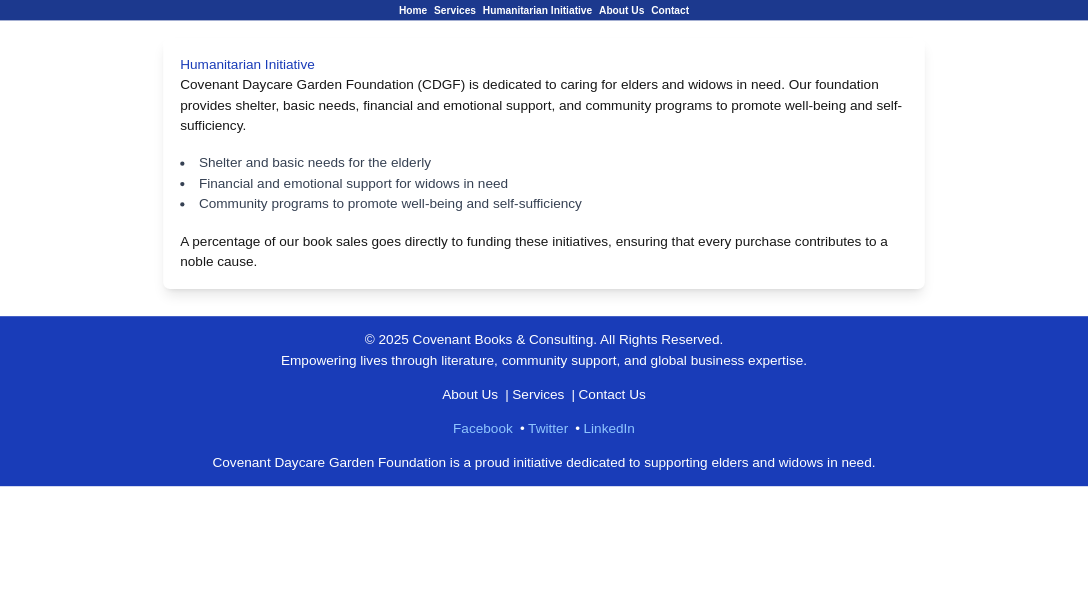
Repository: Rickyy1017/online-bookstore
Page: /humanitarian-initiative (app in frontend/)
An editor plug-in stored every save of this project. The page is shown before and after the next save, followed by the edit.
The browser window is 1280 px wide. The pictures show the whole page, at 85% of full size.
The project was rebuilt for these pictures with package versions that can differ from the ones it lists, and the page was loaded fresh each time. The framework's server and built-in components were replaced by stand-ins that run in the browser. Also part of the build but not shown: frontend/next.config.ts.

Above is the page before, as saved 2025-10-09 15:32:39.

### frontend/app/humanitarian-initiative/page.tsx
import Link from 'next/link';

export default function HumanitarianInitiative() {
  return (
    <>
      <nav className="bg-blue-900 flex justify-center py-1">
        <Link href="/" className="text-white mx-1 no-underline font-bold text-xs hover:underline">Home</Link>
        <Link href="/services" className="text-white mx-1 no-underline font-bold text-xs hover:underline">Services</Link>
        <Link href="/humanitarian-initiative" className="text-white mx-1 no-underline font-bold text-xs hover:underline">Humanitarian Initiative</Link>
        <Link href="/about" className="text-white mx-1 no-underline font-bold text-xs hover:underline">About Us</Link>
        <Link href="/contact" className="text-white mx-1 no-underline font-bold text-xs hover:underline">Contact</Link>
      </nav>
      <div className="max-w-4xl mx-auto p-5 bg-white shadow-lg rounded-lg mt-5">
        <h1 className="text-blue-800">Humanitarian Initiative</h1>
        <p className="mb-5">
          Covenant Daycare Garden Foundation (CDGF) is dedicated to caring for elders and widows in need. Our foundation provides shelter, basic needs, financial and emotional support, and community programs to promote well-being and self-sufficiency.
        </p>
        <ul className="list-disc list-inside text-gray-700">
          <li>Shelter and basic needs for the elderly</li>
          <li>Financial and emotional support for widows in need</li>
          <li>Community programs to promote well-being and self-sufficiency</li>
        </ul>
        <p className="mt-5">
          A percentage of our book sales goes directly to funding these initiatives, ensuring that every purchase contributes to a noble cause.
        </p>
      </div>
      <footer className="bg-blue-800 text-white text-center py-4 mt-8">
        <p>© 2025 Covenant Books & Consulting. All Rights Reserved.</p>
        <p className="mb-4">Empowering lives through literature, community support, and global business expertise.</p>
        <nav className="mb-4">
          <Link href="/about" className="text-white hover:underline mx-1">About Us</Link> |
          <Link href="/services" className="text-white hover:underline mx-1">Services</Link> |
          <Link href="/contact" className="text-white hover:underline mx-1">Contact Us</Link>
        </nav>
        <div className="mb-4">
          <a href="#" className="text-blue-300 mx-1 no-underline">Facebook</a> •
          <a href="#" className="text-blue-300 mx-1 no-underline">Twitter</a> •
          <a href="#" className="text-blue-300 mx-1 no-underline">LinkedIn</a>
        </div>
        <p>Covenant Daycare Garden Foundation is a proud initiative dedicated to supporting elders and widows in need.</p>
      </footer>
    </>
  );
}

Loaded but not shown: frontend/app/layout.tsx (common file); frontend/app/globals.css (common file)

After the next save:
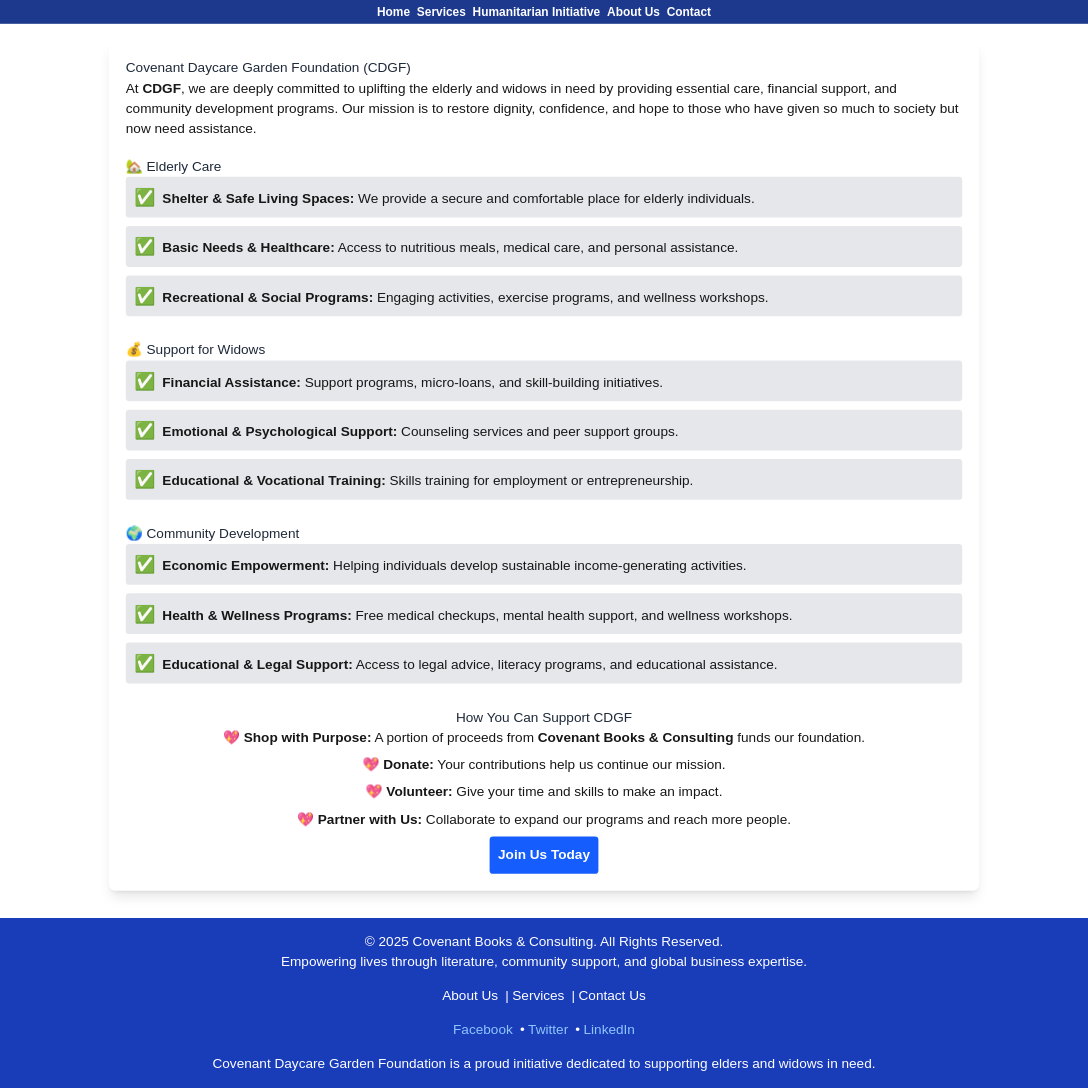
Saved 2 min 2 s later.
--- a/frontend/app/humanitarian-initiative/page.tsx
+++ b/frontend/app/humanitarian-initiative/page.tsx
@@ -4,25 +4,53 @@ export default function HumanitarianInitiative() {
   return (
     <>
       <nav className="bg-blue-900 flex justify-center py-1">
-        <Link href="/" className="text-white mx-1 no-underline font-bold text-xs hover:underline">Home</Link>
-        <Link href="/services" className="text-white mx-1 no-underline font-bold text-xs hover:underline">Services</Link>
-        <Link href="/humanitarian-initiative" className="text-white mx-1 no-underline font-bold text-xs hover:underline">Humanitarian Initiative</Link>
-        <Link href="/about" className="text-white mx-1 no-underline font-bold text-xs hover:underline">About Us</Link>
-        <Link href="/contact" className="text-white mx-1 no-underline font-bold text-xs hover:underline">Contact</Link>
+        <Link href="/" className="text-white mx-1 no-underline font-bold text-sm hover:underline">Home</Link>
+        <Link href="/services" className="text-white mx-1 no-underline font-bold text-sm hover:underline">Services</Link>
+        <Link href="/humanitarian-initiative" className="text-white mx-1 no-underline font-bold text-sm hover:underline">Humanitarian Initiative</Link>
+        <Link href="/about" className="text-white mx-1 no-underline font-bold text-sm hover:underline">About Us</Link>
+        <Link href="/contact" className="text-white mx-1 no-underline font-bold text-sm hover:underline">Contact</Link>
       </nav>
-      <div className="max-w-4xl mx-auto p-5 bg-white shadow-lg rounded-lg mt-5">
-        <h1 className="text-blue-800">Humanitarian Initiative</h1>
+      <div className="w-4/5 mx-auto p-5 bg-white shadow-lg rounded-lg mt-5">
+        <h1 className="text-gray-800">Covenant Daycare Garden Foundation (CDGF)</h1>
         <p className="mb-5">
-          Covenant Daycare Garden Foundation (CDGF) is dedicated to caring for elders and widows in need. Our foundation provides shelter, basic needs, financial and emotional support, and community programs to promote well-being and self-sufficiency.
+          At <strong>CDGF</strong>, we are deeply committed to uplifting the elderly and widows in need by providing essential care, financial support, and community development programs. Our mission is to restore dignity, confidence, and hope to those who have given so much to society but now need assistance.
         </p>
-        <ul className="list-disc list-inside text-gray-700">
-          <li>Shelter and basic needs for the elderly</li>
-          <li>Financial and emotional support for widows in need</li>
-          <li>Community programs to promote well-being and self-sufficiency</li>
-        </ul>
-        <p className="mt-5">
-          A percentage of our book sales goes directly to funding these initiatives, ensuring that every purchase contributes to a noble cause.
-        </p>
+
+        <div className="mb-7">
+          <h2 className="text-gray-800">🏡 Elderly Care</h2>
+          <ul className="list-none p-0">
+            <li className="mb-2.5 p-2.5 bg-gray-200 rounded"><span className="text-xl mr-2 text-blue-500">✅</span><strong>Shelter & Safe Living Spaces:</strong> We provide a secure and comfortable place for elderly individuals.</li>
+            <li className="mb-2.5 p-2.5 bg-gray-200 rounded"><span className="text-xl mr-2 text-blue-500">✅</span><strong>Basic Needs & Healthcare:</strong> Access to nutritious meals, medical care, and personal assistance.</li>
+            <li className="mb-2.5 p-2.5 bg-gray-200 rounded"><span className="text-xl mr-2 text-blue-500">✅</span><strong>Recreational & Social Programs:</strong> Engaging activities, exercise programs, and wellness workshops.</li>
+          </ul>
+        </div>
+
+        <div className="mb-7">
+          <h2 className="text-gray-800">💰 Support for Widows</h2>
+          <ul className="list-none p-0">
+            <li className="mb-2.5 p-2.5 bg-gray-200 rounded"><span className="text-xl mr-2 text-blue-500">✅</span><strong>Financial Assistance:</strong> Support programs, micro-loans, and skill-building initiatives.</li>
+            <li className="mb-2.5 p-2.5 bg-gray-200 rounded"><span className="text-xl mr-2 text-blue-500">✅</span><strong>Emotional & Psychological Support:</strong> Counseling services and peer support groups.</li>
+            <li className="mb-2.5 p-2.5 bg-gray-200 rounded"><span className="text-xl mr-2 text-blue-500">✅</span><strong>Educational & Vocational Training:</strong> Skills training for employment or entrepreneurship.</li>
+          </ul>
+        </div>
+
+        <div className="mb-7">
+          <h2 className="text-gray-800">🌍 Community Development</h2>
+          <ul className="list-none p-0">
+            <li className="mb-2.5 p-2.5 bg-gray-200 rounded"><span className="text-xl mr-2 text-blue-500">✅</span><strong>Economic Empowerment:</strong> Helping individuals develop sustainable income-generating activities.</li>
+            <li className="mb-2.5 p-2.5 bg-gray-200 rounded"><span className="text-xl mr-2 text-blue-500">✅</span><strong>Health & Wellness Programs:</strong> Free medical checkups, mental health support, and wellness workshops.</li>
+            <li className="mb-2.5 p-2.5 bg-gray-200 rounded"><span className="text-xl mr-2 text-blue-500">✅</span><strong>Educational & Legal Support:</strong> Access to legal advice, literacy programs, and educational assistance.</li>
+          </ul>
+        </div>
+
+        <div className="text-center mt-5">
+          <h2 className="text-gray-800">How You Can Support CDGF</h2>
+          <p className="mb-2">💖 <strong>Shop with Purpose:</strong> A portion of proceeds from <strong>Covenant Books & Consulting</strong> funds our foundation.</p>
+          <p className="mb-2">💖 <strong>Donate:</strong> Your contributions help us continue our mission.</p>
+          <p className="mb-2">💖 <strong>Volunteer:</strong> Give your time and skills to make an impact.</p>
+          <p className="mb-2">💖 <strong>Partner with Us:</strong> Collaborate to expand our programs and reach more people.</p>
+          <Link href="/contact" className="no-underline p-2.5 bg-blue-600 text-white rounded font-bold hover:bg-blue-700 inline-block">Join Us Today</Link>
+        </div>
       </div>
       <footer className="bg-blue-800 text-white text-center py-4 mt-8">
         <p>© 2025 Covenant Books & Consulting. All Rights Reserved.</p>
